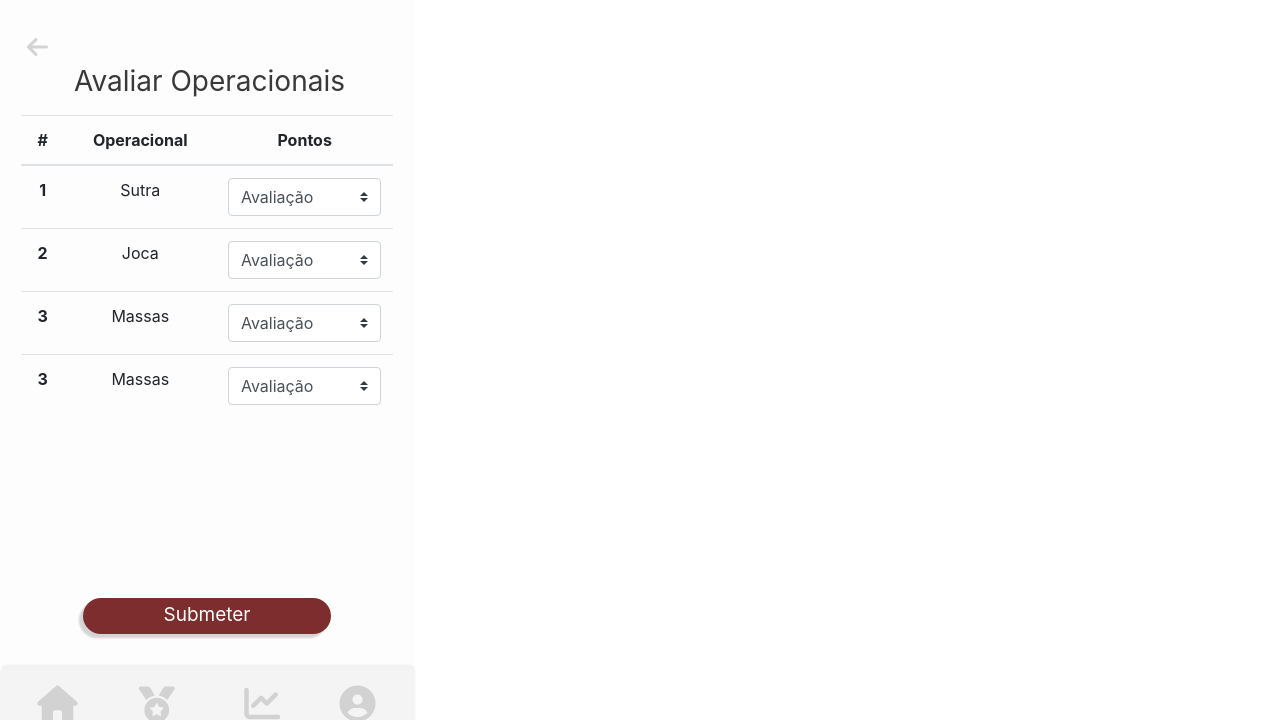
Repository: grupodetrabalhoeficiente/D213
Page: D213/Frontend/AvaliarOperacionais.html
The author's editor kept a record of every edit. The page is drawn from the files as they stood at one moment, then again after the next edit.
The browser window is 1280 px wide. The pictures show the whole page.
Some web libraries are served in a nearby version.

Above is the page before.

After the next edit:
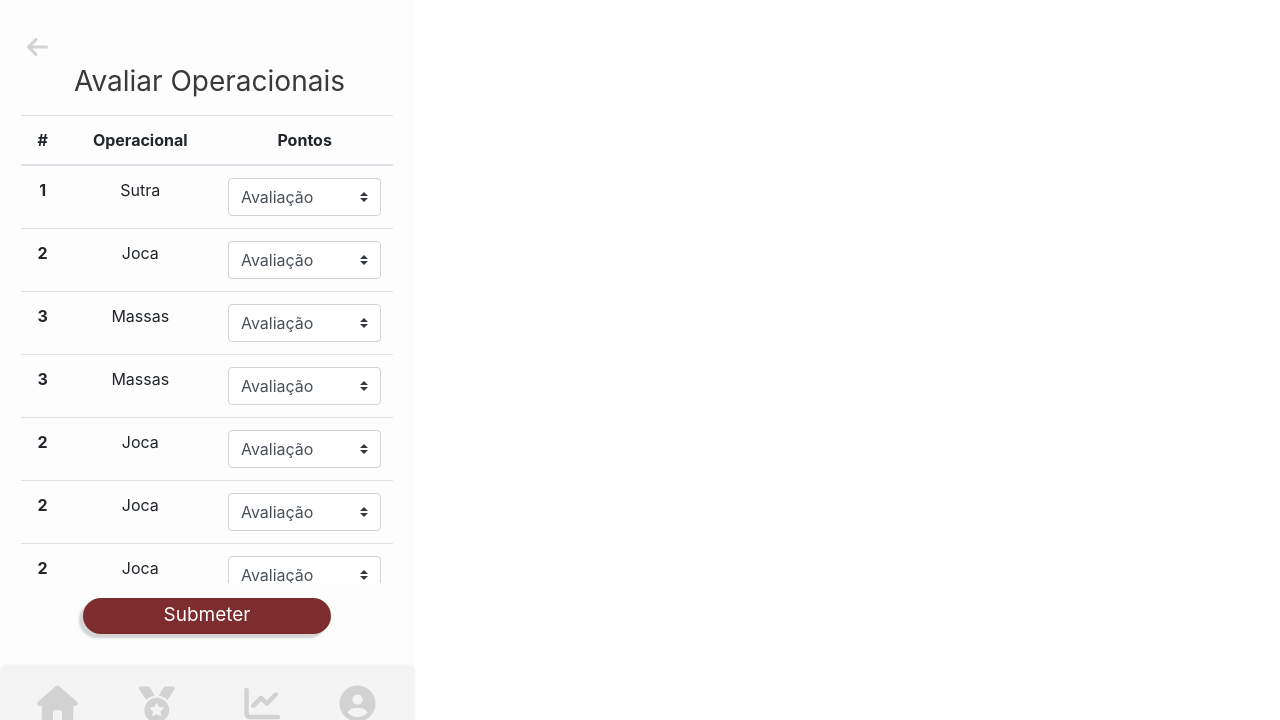
The edit:
--- a/D213/Frontend/AvaliarOperacionais.html
+++ b/D213/Frontend/AvaliarOperacionais.html
@@ -87,7 +87,76 @@
   </select>
 </td>
 </tr>
-
+<tr>
+    <th scope="row">2</th>
+    <td>Joca</td>
+    <td>
+    <select class="custom-select" id="inputGroupSelect01">
+    <option selected>Avaliação</option>
+    <option value="1">1</option>
+    <option value="2">2</option>
+    <option value="3">3</option>
+    <option value="4">4</option>
+    <option value="5">5</option>
+  </select>
+    </td>
+</tr>
+<tr>
+    <th scope="row">2</th>
+    <td>Joca</td>
+    <td>
+    <select class="custom-select" id="inputGroupSelect01">
+    <option selected>Avaliação</option>
+    <option value="1">1</option>
+    <option value="2">2</option>
+    <option value="3">3</option>
+    <option value="4">4</option>
+    <option value="5">5</option>
+  </select>
+    </td>
+</tr>
+<tr>
+    <th scope="row">2</th>
+    <td>Joca</td>
+    <td>
+    <select class="custom-select" id="inputGroupSelect01">
+    <option selected>Avaliação</option>
+    <option value="1">1</option>
+    <option value="2">2</option>
+    <option value="3">3</option>
+    <option value="4">4</option>
+    <option value="5">5</option>
+  </select>
+    </td>
+</tr>
+<tr>
+    <th scope="row">2</th>
+    <td>Joca</td>
+    <td>
+    <select class="custom-select" id="inputGroupSelect01">
+    <option selected>Avaliação</option>
+    <option value="1">1</option>
+    <option value="2">2</option>
+    <option value="3">3</option>
+    <option value="4">4</option>
+    <option value="5">5</option>
+  </select>
+    </td>
+</tr>
+<tr>
+    <th scope="row">2</th>
+    <td>Joca</td>
+    <td>
+    <select class="custom-select" id="inputGroupSelect01">
+    <option selected>Avaliação</option>
+    <option value="1">1</option>
+    <option value="2">2</option>
+    <option value="3">3</option>
+    <option value="4">4</option>
+    <option value="5">5</option>
+  </select>
+    </td>
+</tr>
 </tbody>
 </table>
 </form>                 <!--                        Atenção ao form!!!!!               -->
